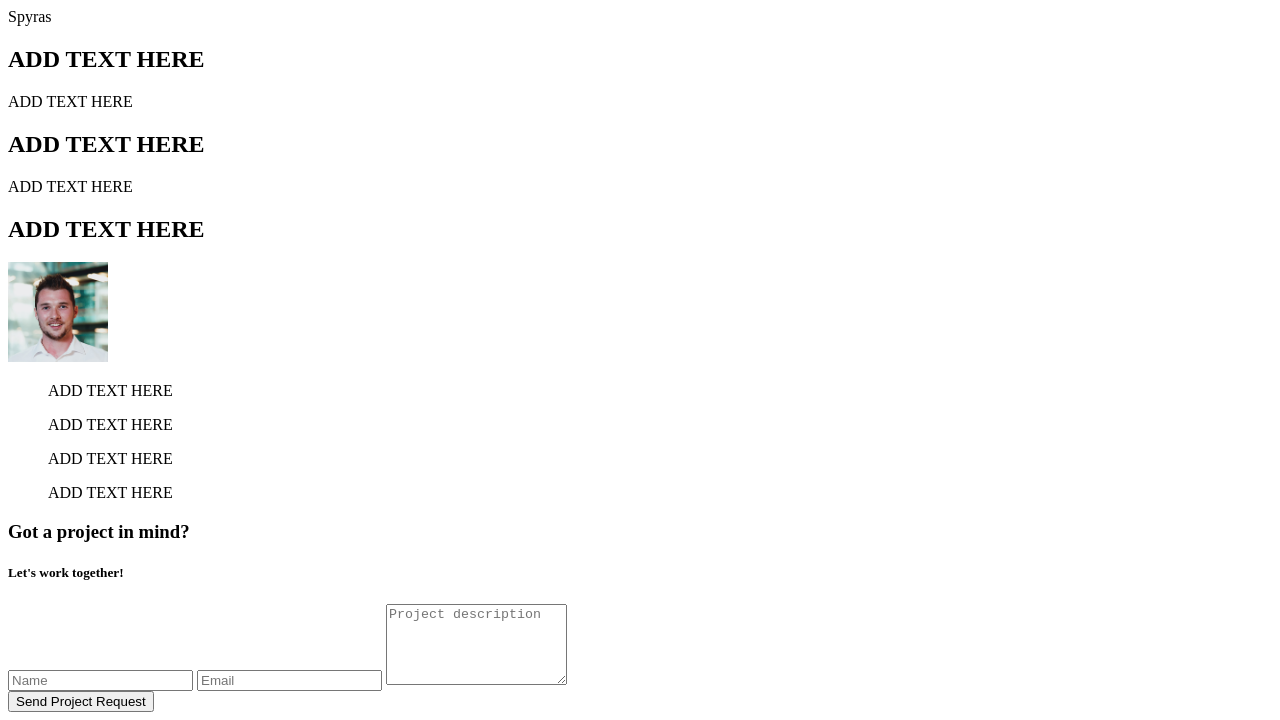
Repository: LibbyWin/Spyras_01
Page: index.html
The author's editor kept a record of every edit. The page is drawn from the files as they stood at one moment, then again after the next edit.
The browser window is 1280 px wide. The pictures show the whole page.

Above is the page before.

### index.html
<!DOCTYPE html>
<html lang="en">

<head>
    <!*--------------------- BASIC PAGE NEEDS ---------------*/
    <meta charset="UTF-8">
    <meta name="viewport" content="width=device-width, initial-scale=1.0">
    <meta http-equiv="X-UA-Compatible" content="ie=edge">

    <!*--------------------- BOOTSTRAP ---------------*/

    <link rel="stylesheet" href="https://maxcdn.bootstrapcdn.com/bootstrap/4.2.1/css/bootstrap.min.css" type="text/css" />

    <!*--------------------- FONT AWESOME ---------------*/

    <link rel="stylesheet" href="https://stackpath.bootstrapcdn.com/font-awesome/4.7.0/css/font-awesome.min.css" type="text/css" />

    <!*--------------------- CSS ---------------*/

    <link rel="stylesheet" href="Spyrus website/css/style.css" type="text/css" />

    <!*--------------------- WEBSITE TITLE ---------------*/

    <title>Spyras</title>
</head>

<body>

    <!*--------------------- JUMBOTRON NAV BAR ---------------*/

    <header class="jumbotron">

    <div class="dropdown">

    </div>

    </header>

    <!*--------------------- HOME ---------------*/

    <section class="home">

    <div class="container home">
        <div class="row">
            <h2>
                ADD TEXT HERE
            </h2>
        </div>
        <div class="col-12">
            <p>
                ADD TEXT HERE
            </p>
        </div>
    </div>

    </section>

    <!*--------------------- ABOUT ---------------*/

    <section class="about">

    <div class="container about">
        <div class="row">
            <h2>
                ADD TEXT HERE
            </h2>
        </div>
        <div class="col-12">
            <p>
                ADD TEXT HERE
            </p>
        </div>
    </div>

    </section>

    <!*--------------------- WHO WE ARE ---------------*/

    <section class="who-we-are">
    <div class="row">
        <div class="col-12">
            <h2>ADD TEXT HERE</h2>
        </div>
    </div>
    <div class="row">
        <div class="col-12 col-md-6">
            <div class="media">
                <img src="images/george.jpg" class="rounded-circle mr-3" height=100 width=100>
                <div class="media-body">
                    <blockquote class="blockquote">
                        <p>ADD TEXT HERE</p>
                        <p>ADD TEXT HERE</p>
                    </blockquote>
                </div>
            </div>
        </div>
    </div>
    <div class="row">
        <div class="col-12 col-md-6">
            <blockquote class="blockquote">
                <p>ADD TEXT HERE</p>
                <p>ADD TEXT HERE</p>
            </blockquote>
        </div>
    </div>
    </section>

    <!*--------------------- CONTACT ---------------*/

    <section class="container-fluid">
    <div class="row bg-color-contact">
        <div class="col">
            <h3 class="contact-heading uppercase text-center">Got a project in mind?</h3>
            <h5 class="uppercase text-center">Let's work together!</h5>

            <div class="center-form">
                <form>
                    <input type="text" name="name" id="fullname" class="form-control" placeholder="Name" required />
                    <input type="email" name="email" id="emailaddress" class="form-control" placeholder="Email" required />
                    <textarea rows="5" name="projectsummary" id="projectsummary" class="form-control" placeholder="Project description" required></textarea>
                    <div class="form-row text-center">
                        <div class="col">
                            <button type="submit" class="btn btn-secondary">Send Project Request</button>
                        </div>
                    </div>
                </form>
            </div>

        </div>
    </div>

    </section>

    <!*--------------------- FOOTER ---------------*/

    <footer>

    </footer>

</body>

</html>

After the next edit:
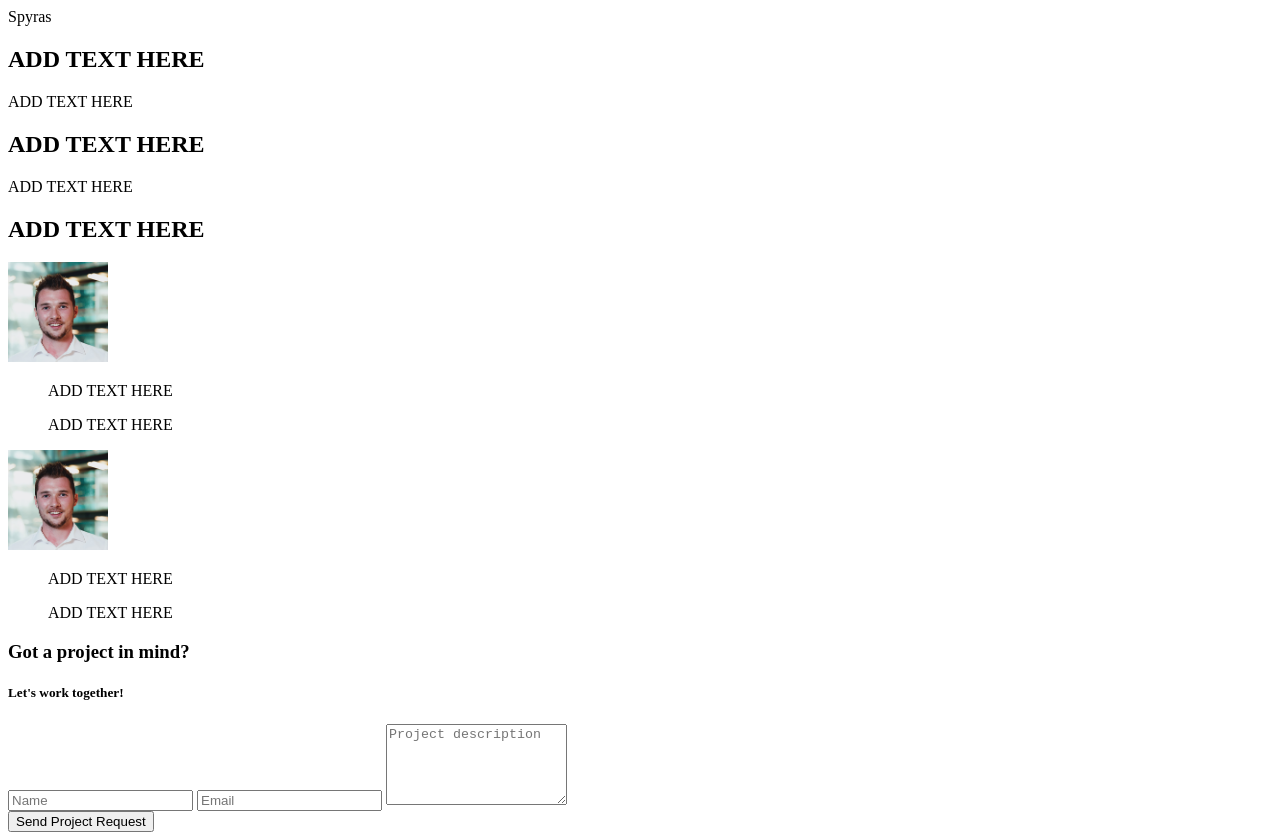
The edit:
--- a/index.html
+++ b/index.html
@@ -97,6 +97,9 @@
     </div>
     <div class="row">
         <div class="col-12 col-md-6">
+            <div class="media">
+                <img src="images/george.jpg" class="rounded-circle mr-3" height=100 width=100>
+                <div class="media-body">
             <blockquote class="blockquote">
                 <p>ADD TEXT HERE</p>
                 <p>ADD TEXT HERE</p>
